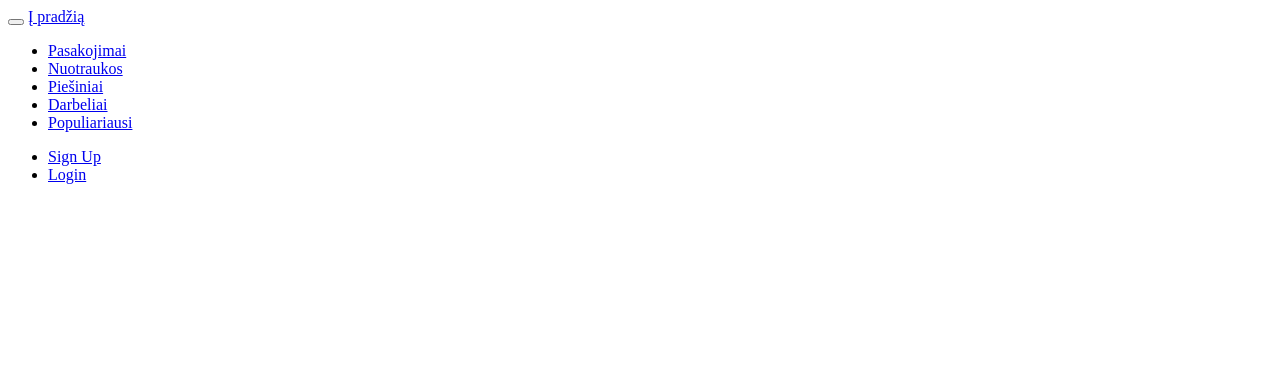
Repository: Skaidrius/Blogas
Page: templates/header.html
The author's editor kept a record of every edit. The page is drawn from the files as they stood at one moment, then again after the next edit.
The browser window is 1280 px wide. The pictures show the whole page.

Above is the page before.

### templates/header.html
<!--header.html-->
<!--Navigation-->
<nav class="navbar navbar-default navbar-fixed-top" ng-controller="NavBarCtrl">
  <div class="container-fluid">
    <div class="navbar-header">
      <button type="button" class="navbar-toggle" data-toggle="collapse" data-target=".navbar-collapse">
        <span class="icon-bar"></span>
        <span class="icon-bar"></span>
        <span class="icon-bar"></span>
      </button>
      <a class="navbar-brand" href="#/">Į pradžią</a>
    </div>
    <div class="collapse navbar-collapse">
      <ul class="nav navbar-nav">
        <li><a href="#/tales">Pasakojimai</a></li>
        <li><a href="#/photos">Nuotraukos</a></li>
        <li><a href="#/arts">Piešiniai</a></li>
        <li><a href="#/creations">Darbeliai</a></li>
        <li><a href="#/popular">Populiariausi</a></li>
      </ul>

      <ul class="nav navbar-nav navbar-right">
        <li><a href="#/signup"><span class="fa fa-user"></span> Sign Up</a></li>
        <li><a href="#/login"><span class="fa fa-key"></span> Login</a></li>
      </ul>
    </div>
  </div>
</nav>

After the next edit:
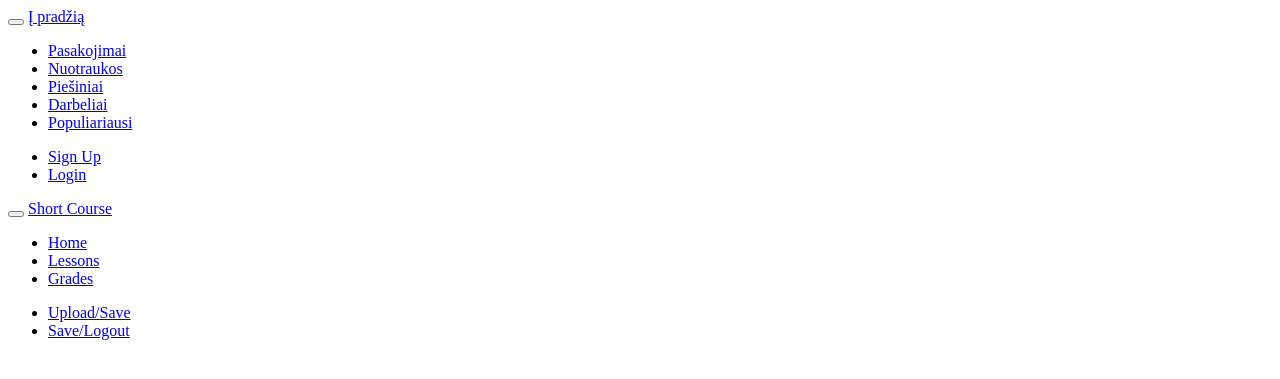
The edit:
--- a/templates/header.html
+++ b/templates/header.html
@@ -26,3 +26,33 @@
     </div>
   </div>
 </nav>
+
+<div class="navbar navbar-inverse" ng-controller="NavBarCtrl">
+<div class="navbar-inner">
+    <div class="container">
+        <button class="btn btn-navbar" ng-click="isCollapsed = !isCollapsed">
+              <span class="icon-bar"></span>
+              <span class="icon-bar"></span>
+              <span class="icon-bar"></span>
+        </button> <a class="brand" href="#">Short Course</a>
+        <div class="nav-collapse" collapse="isCollapsed">
+            <ul class="nav">
+                <li><a href="#"><i class="icon-home icon-white"></i> Home</a>
+                </li>
+                <li><a href="#">Lessons</a>
+                </li>
+                <li><a href="#">Grades</a>
+                </li>
+            </ul>
+            <ul class="nav pull-right">
+                <li><a href="#/class"><i class="icon-upload icon-white"></i> Upload/Save</a>
+                </li>
+                <li><a href="#/class"><i class="icon-off icon-white"></i> Save/Logout</a>
+                </li>
+            </ul>
+        </div>
+        <!-- /.nav-collapse -->
+    </div>
+</div>
+<!-- /navbar-inner -->
+</div>

After the 3 edits that followed:
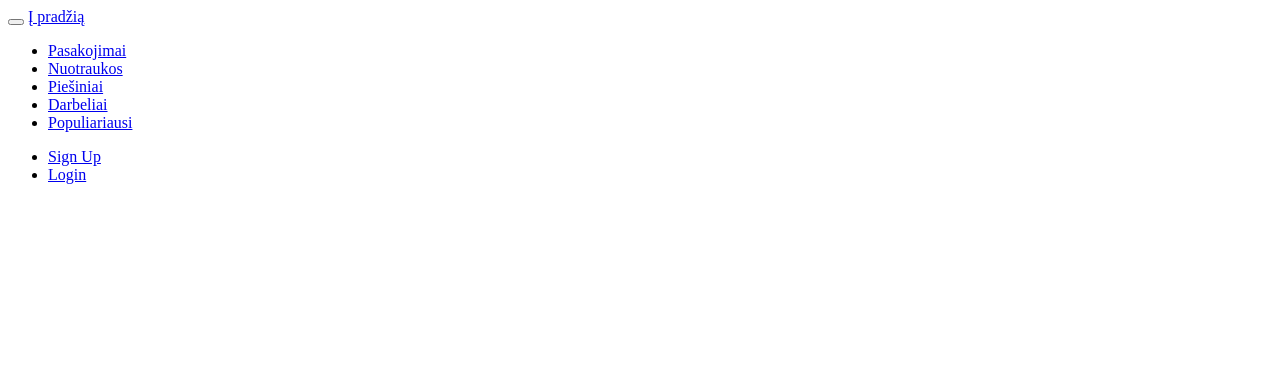
The 3 edits are shown as one change because 2 left the picture as it was.
The edit:
--- a/templates/header.html
+++ b/templates/header.html
@@ -3,14 +3,14 @@
 <nav class="navbar navbar-default navbar-fixed-top" ng-controller="NavBarCtrl">
   <div class="container-fluid">
     <div class="navbar-header">
-      <button type="button" class="navbar-toggle" data-toggle="collapse" data-target=".navbar-collapse">
+      <button type="button" class="navbar-toggle" data-toggle="collapse" data-target=".navbar-collapse" ng-click="isCollapsed = !isCollapsed">
         <span class="icon-bar"></span>
         <span class="icon-bar"></span>
         <span class="icon-bar"></span>
       </button>
       <a class="navbar-brand" href="#/">Į pradžią</a>
     </div>
-    <div class="collapse navbar-collapse">
+    <div class="collapse navbar-collapse" collapse="isCollapsed">
       <ul class="nav navbar-nav">
         <li><a href="#/tales">Pasakojimai</a></li>
         <li><a href="#/photos">Nuotraukos</a></li>
@@ -26,33 +26,3 @@
     </div>
   </div>
 </nav>
-
-<div class="navbar navbar-inverse" ng-controller="NavBarCtrl">
-<div class="navbar-inner">
-    <div class="container">
-        <button class="btn btn-navbar" ng-click="isCollapsed = !isCollapsed">
-              <span class="icon-bar"></span>
-              <span class="icon-bar"></span>
-              <span class="icon-bar"></span>
-        </button> <a class="brand" href="#">Short Course</a>
-        <div class="nav-collapse" collapse="isCollapsed">
-            <ul class="nav">
-                <li><a href="#"><i class="icon-home icon-white"></i> Home</a>
-                </li>
-                <li><a href="#">Lessons</a>
-                </li>
-                <li><a href="#">Grades</a>
-                </li>
-            </ul>
-            <ul class="nav pull-right">
-                <li><a href="#/class"><i class="icon-upload icon-white"></i> Upload/Save</a>
-                </li>
-                <li><a href="#/class"><i class="icon-off icon-white"></i> Save/Logout</a>
-                </li>
-            </ul>
-        </div>
-        <!-- /.nav-collapse -->
-    </div>
-</div>
-<!-- /navbar-inner -->
-</div>
